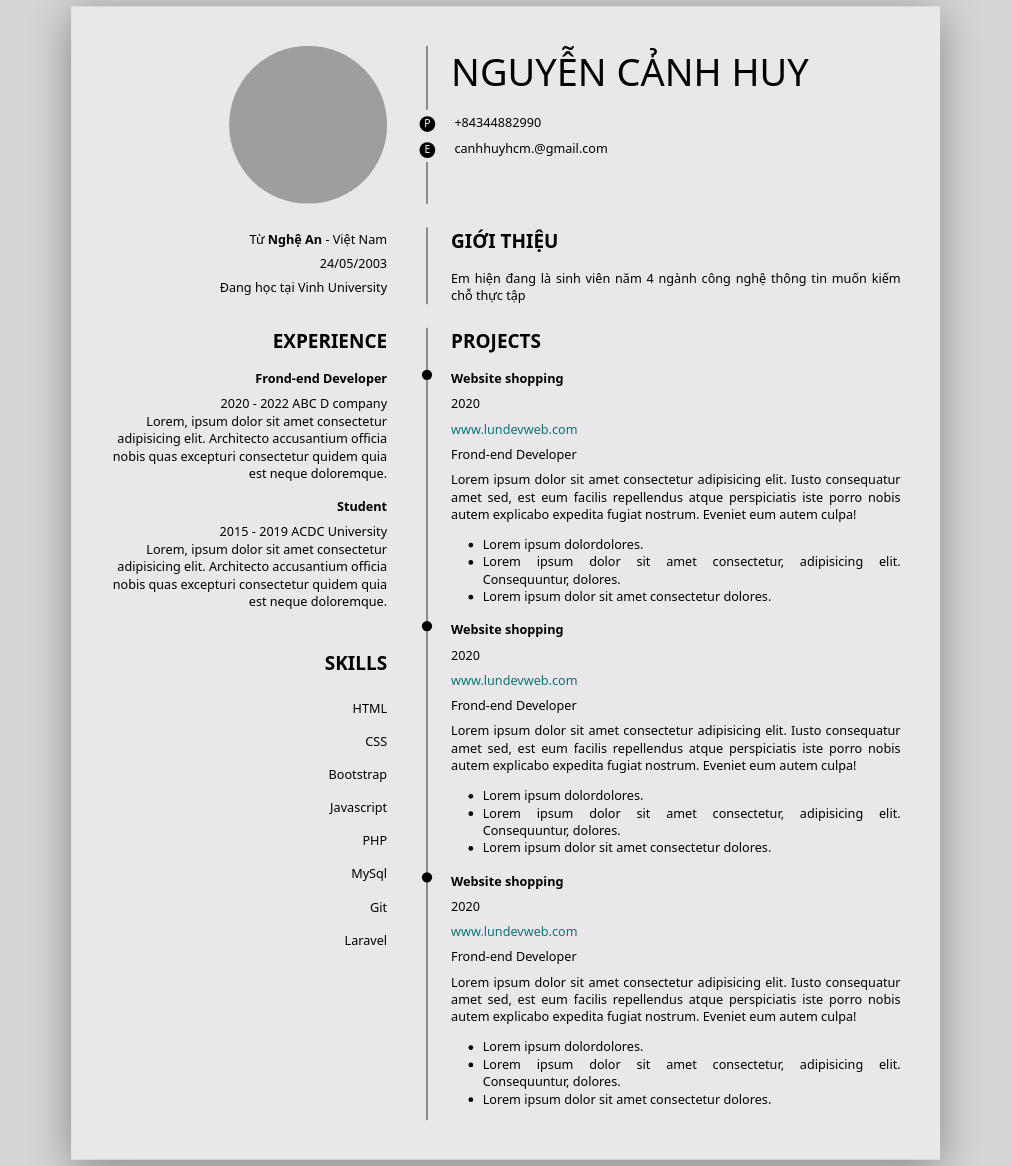
Repository: huycodedie/cv-intern
Page: index.html
These files come from the project's save history. The page is drawn as it stood at one moment and after the next save; the edit follows.
The browser window is 1280 px wide. The pictures show the whole page, at 79% of full size.
Pictures or frames that could not be fetched are drawn as grey boxes.

Above is the page before, as saved 2025-07-05 23:10:18.

After the next save:
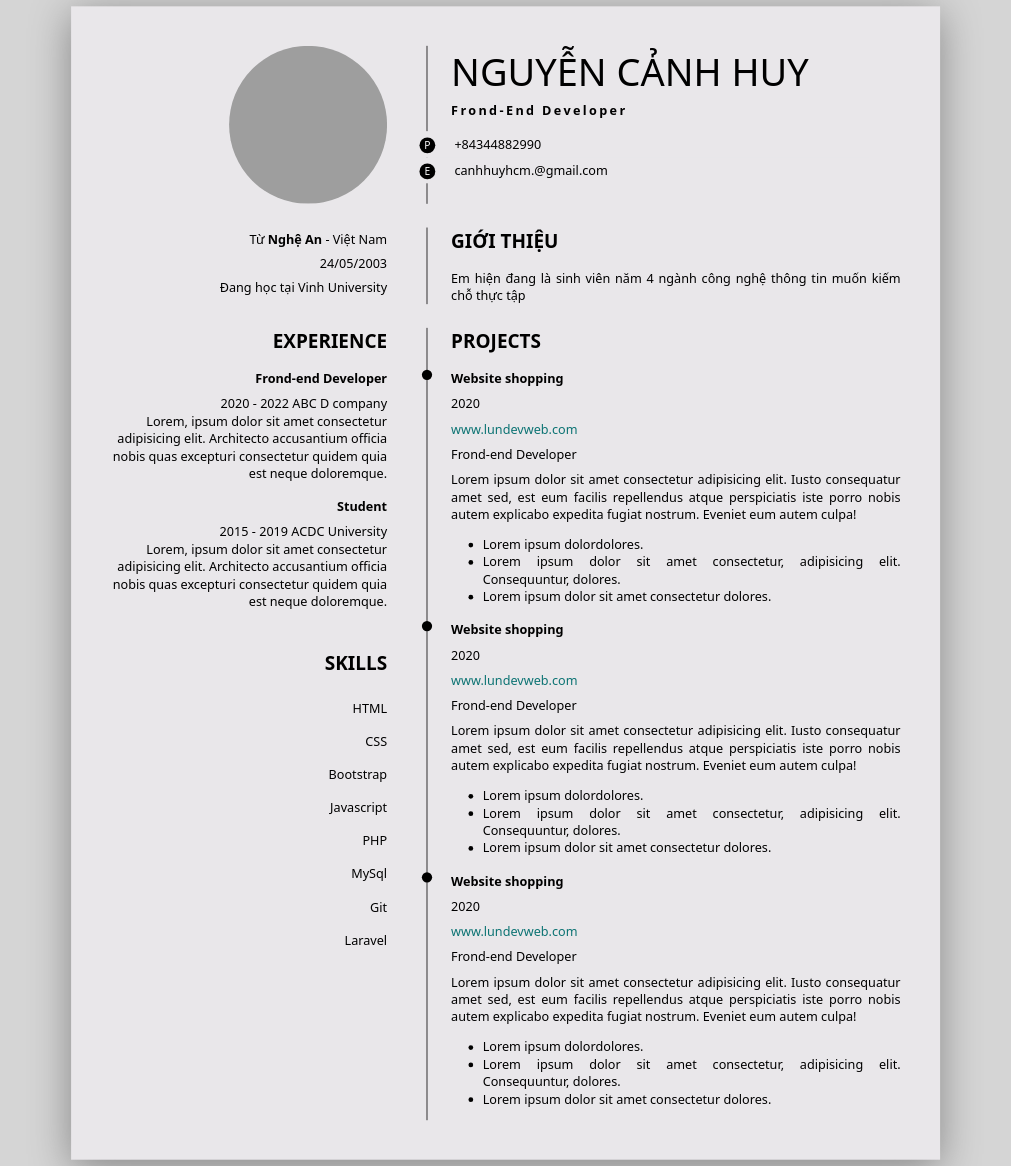
Saved 28 s later.
--- a/index.html
+++ b/index.html
@@ -16,7 +16,7 @@
            </div>
            <div class="name">
                 <h1>NGUYỄN CẢNH HUY</h1>
-                <!-- <div class="specialize">Frond-End Developer</div> -->
+                <div class="specialize">Frond-End Developer</div>
                 <ul class="contact">
                     <li>
                         <span>P</span> +84344882990
